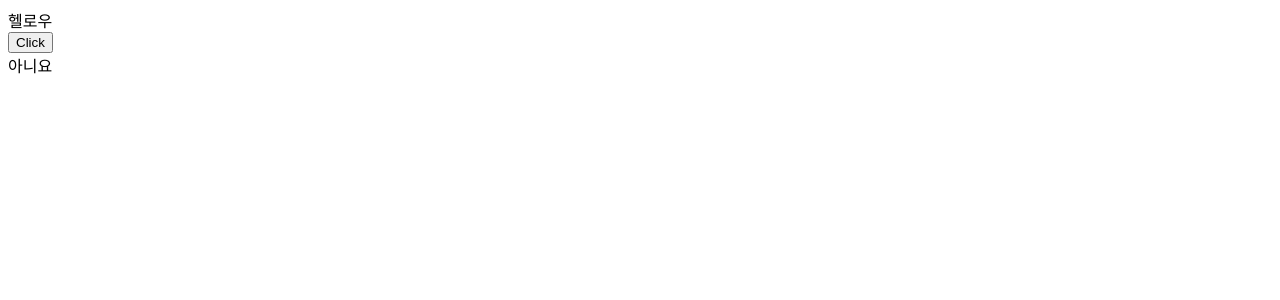
Repository: RyuGeunHwan/code_J
Page: Vuejs/22-08-10 vuejs watch 속성.html
The author's editor kept a copy of each file at every save. The page is drawn from the files as they stood at one save, then again after the next save.
The browser window is 1280 px wide. The pictures show the whole page.

Above is the page before, as saved 2022-08-10 14:59:17.

After the next save:
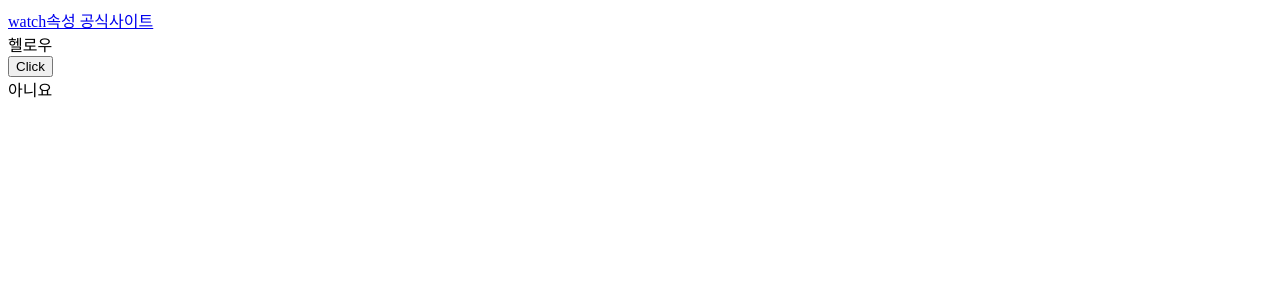
Saved 82 s later.
--- a/Vuejs/22-08-10 vuejs watch 속성.html
+++ b/Vuejs/22-08-10 vuejs watch 속성.html
@@ -8,6 +8,7 @@
     <script src="https://cdn.jsdelivr.net/npm/vue/dist/vue.js"></script>
 </head>
 <body>
+    <a href="https://kr.vuejs.org/v2/guide/computed.html#watch-%EC%86%8D%EC%84%B1">watch속성 공식사이트</a>
     <div id="app">
         {{message}} <br>
         <button @click="changeMessage()">Click</button><br>
